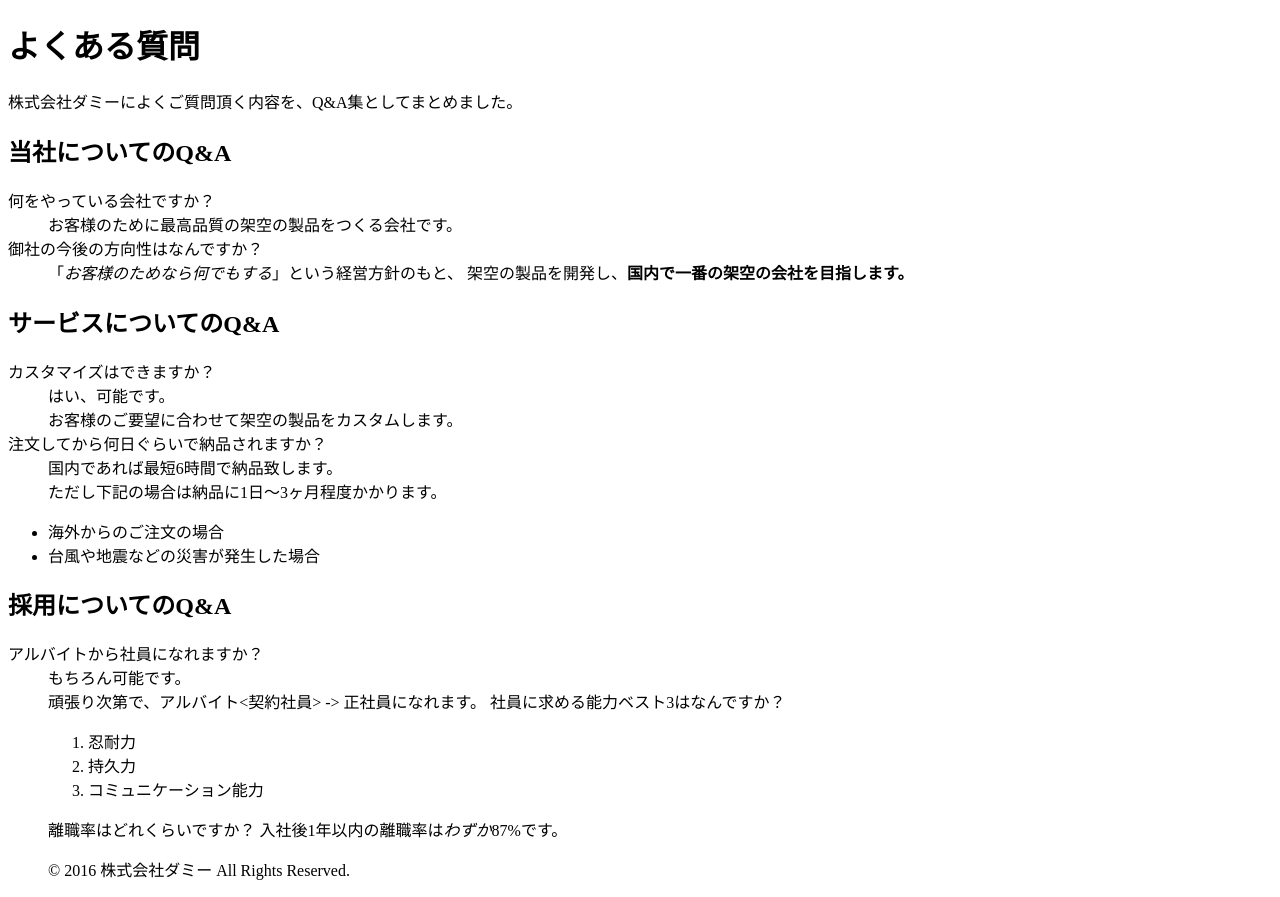
Repository: winc1980/practice-hp2022-wednesday
Page: ruka/practice1.html
An editor plug-in stored every save of this project. The page is shown before and after the next save, followed by the edit.
The browser window is 1280 px wide. The pictures show the whole page.

Above is the page before, as saved 2022-05-26 00:47:55.

### ruka/practice1.html
<!DOCTYPE html>
<html lang="ja">
<head>
    <meta charset="UTF-8">
    <meta http-equiv="X-UA-Compatible" content="IE=edge">
    <meta name="viewport" content="width=device-width, initial-scale=1.0">
    <title>よくある質問 | 架空の株式会社ダミー</title>
</head>
<body>
    <h1>よくある質問</h1>

<p>
株式会社ダミーによくご質問頂く内容を、Q&A集としてまとめました。
</p>

<h2>当社についてのQ&A</h2>


何をやっている会社ですか？
<dd>
お客様のために最高品質の架空の製品をつくる会社です。
</dd>

御社の今後の方向性はなんですか？
<dd>
「<cite>お客様のためなら何でもする</cite>」という経営方針のもと、
架空の製品を開発し、<strong>国内で一番の架空の会社を目指します。</strong>
</dd>


<h2>サービスについてのQ&A</h2>

カスタマイズはできますか？
<dd>
はい、可能です。<br>
お客様のご要望に合わせて架空の製品をカスタムします。
</dd>

注文してから何日ぐらいで納品されますか？
<dd>
国内であれば最短6時間で納品致します。<br>
ただし下記の場合は納品に1日〜3ヶ月程度かかります。
</dd>
<ul>
<li>
海外からのご注文の場合
</li>
<li>
台風や地震などの災害が発生した場合
</li>
</ul>
<h2>採用についてのQ&A</h2>

アルバイトから社員になれますか？
<dd>
もちろん可能です。<br>
頑張り次第で、アルバイト<契約社員> -> </契約社員 -> 正社員になれます。

社員に求める能力ベスト3はなんですか？
<ol>
<li>忍耐力</li>
<li>持久力</li>
<li>コミュニケーション能力</li>
</ol>



離職率はどれくらいですか？
入社後1年以内の離職率は<cite>わずか</cite>87%です。
<p>
© 2016 株式会社ダミー All Rights Reserved.
</p>
</body>
</html>

After the next save:
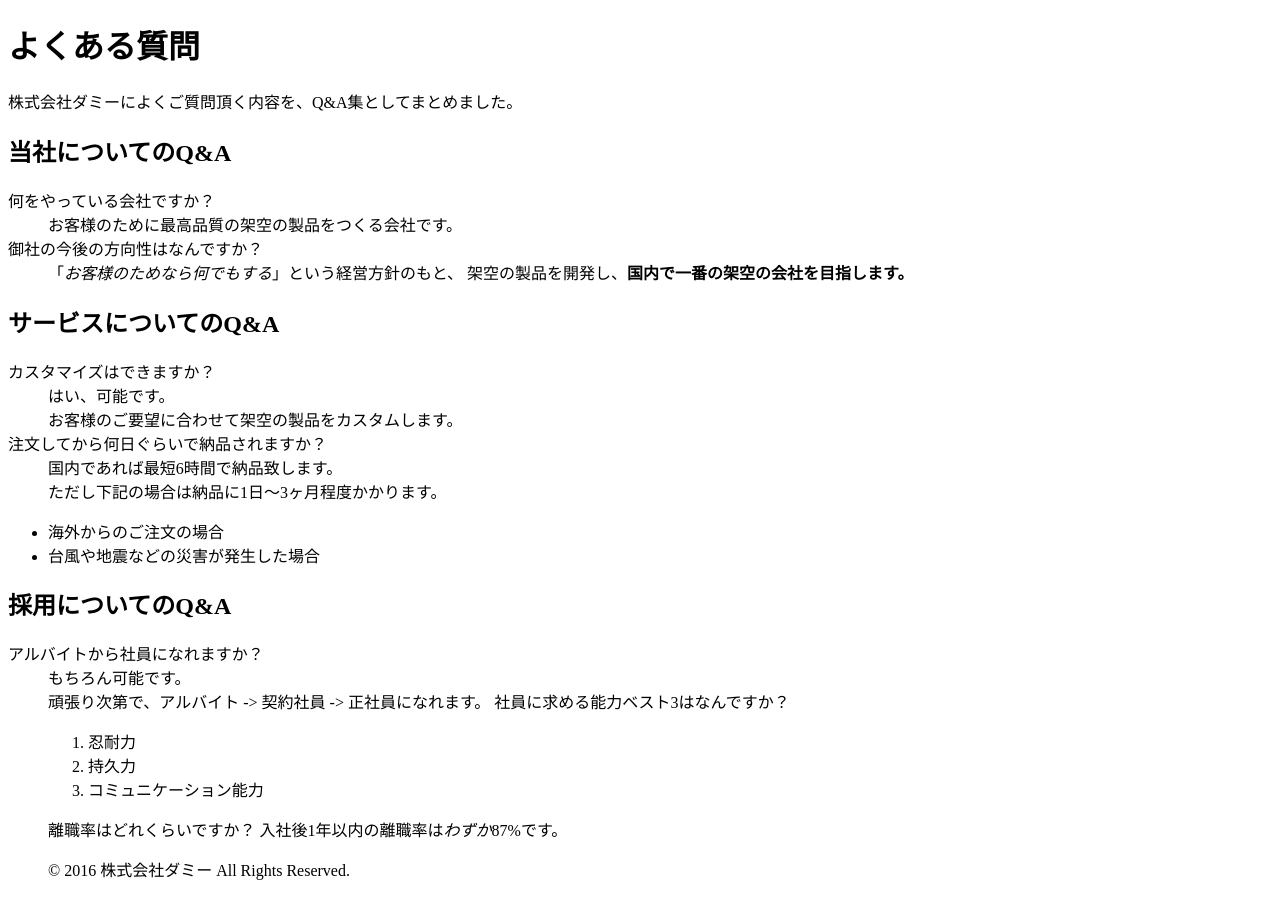
Saved 6 s later.
--- a/ruka/practice1.html
+++ b/ruka/practice1.html
@@ -54,7 +54,7 @@
 アルバイトから社員になれますか？
 <dd>
 もちろん可能です。<br>
-頑張り次第で、アルバイト<契約社員> -> </契約社員 -> 正社員になれます。
+頑張り次第で、アルバイト -> 契約社員 -> 正社員になれます。
 
 社員に求める能力ベスト3はなんですか？
 <ol>
